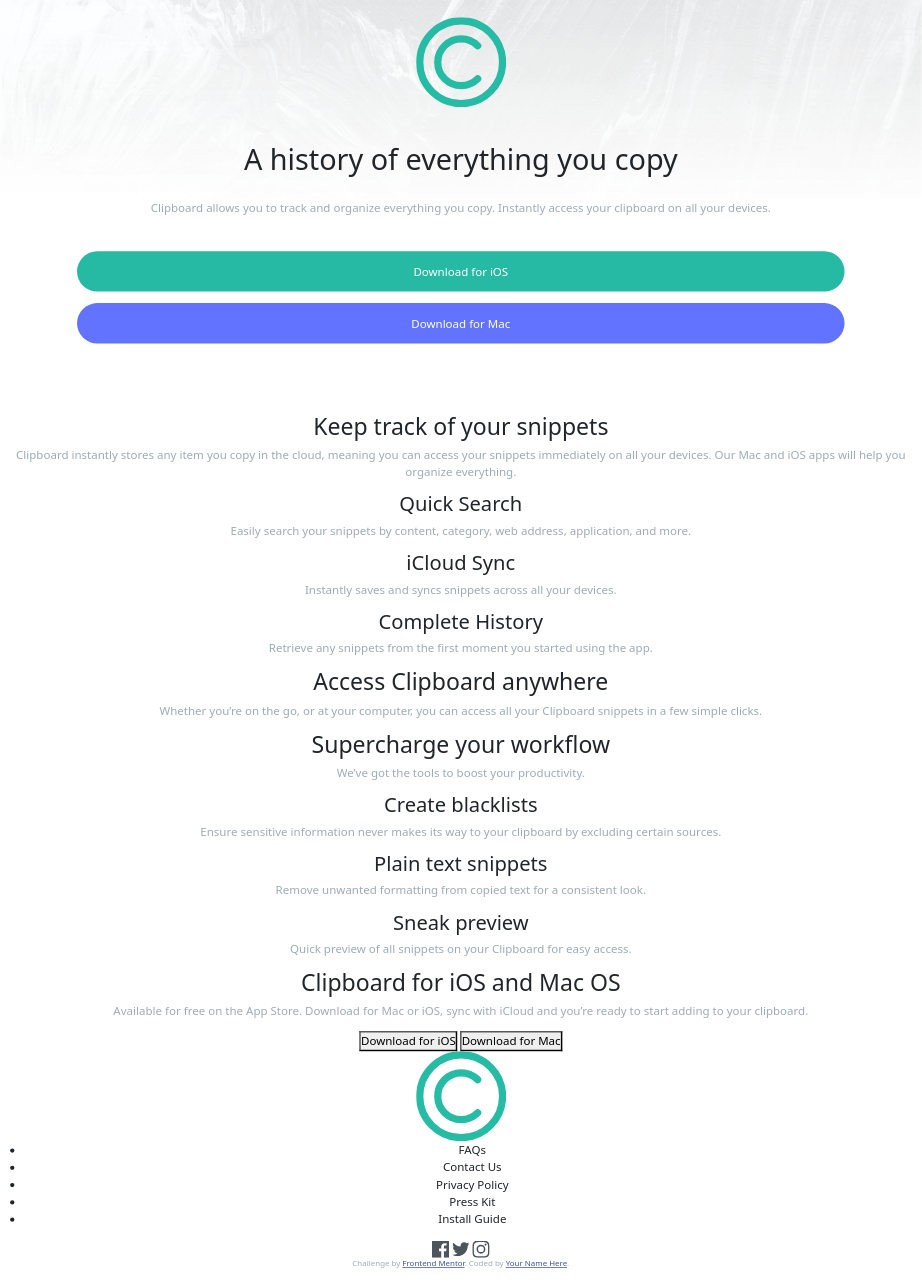
Repository: blordeus/clipboard-landing-page-master
Page: index.html
An editor plug-in stored every save of this project. The page is shown before and after the next save, followed by the edit.
The browser window is 1280 px wide. The pictures show the whole page, at 72% of full size.
Some web fonts or font styles are not loaded; a fallback is used. The style sheet was rebuilt from its Sass, Less or Tailwind sources for each picture, by a compiler version that may differ from the author's.

Above is the page before, as saved 2023-09-04 11:33:58.

After the next save:
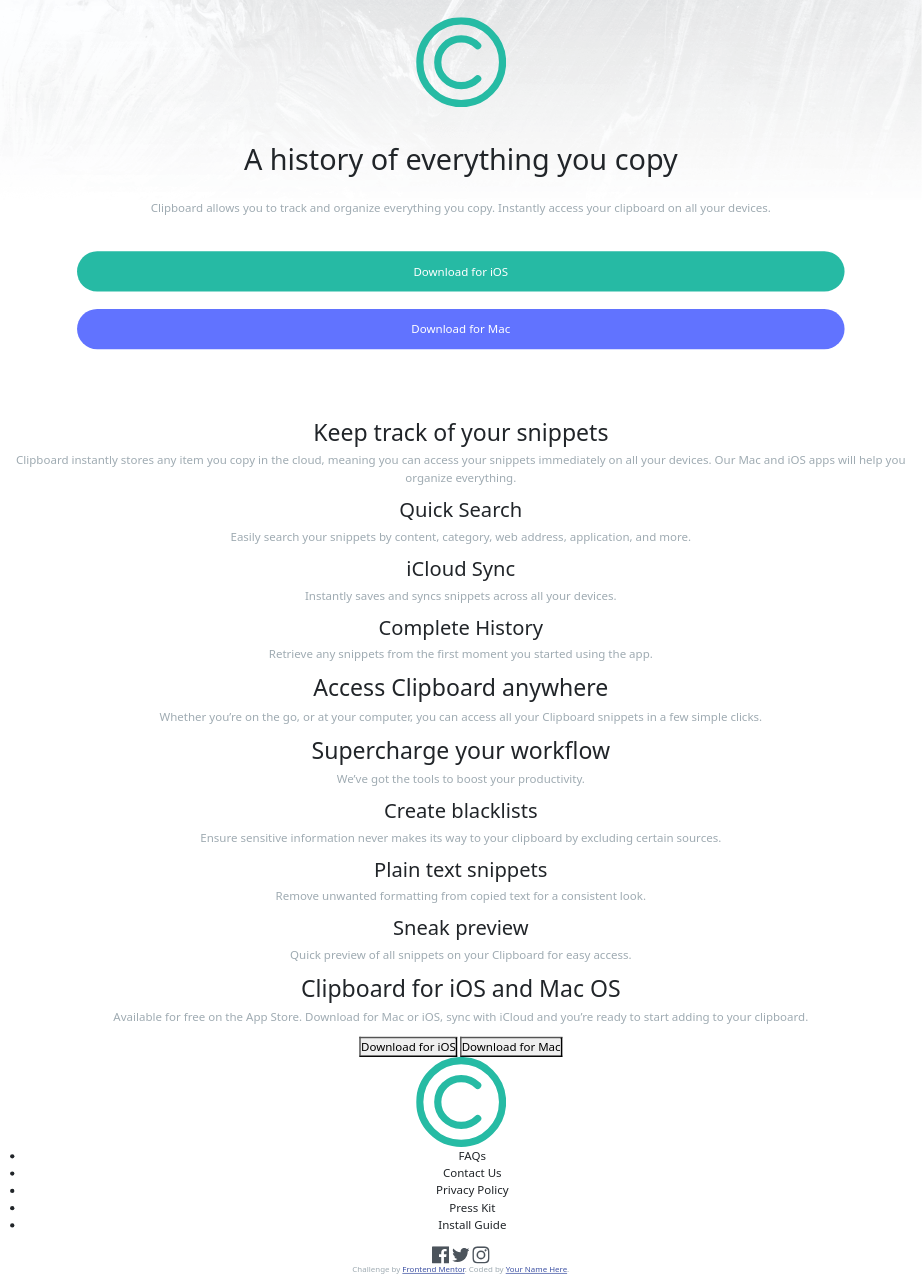
Saved 8 s later.
--- a/index.html
+++ b/index.html
@@ -22,7 +22,7 @@
       copy. Instantly access your clipboard on all your devices.
     </p>
 
-    <div class="d-grid gap-3 col-10 mx-auto my-5 pb-5">
+    <div class="d-grid gap-4 col-10 mx-auto my-5 pb-5">
       <button class="btn-cyan rounded-pill">Download for iOS</button>
       <button class="btn-blue rounded-pill">Download for Mac</button>
     </div>

After the save that followed:
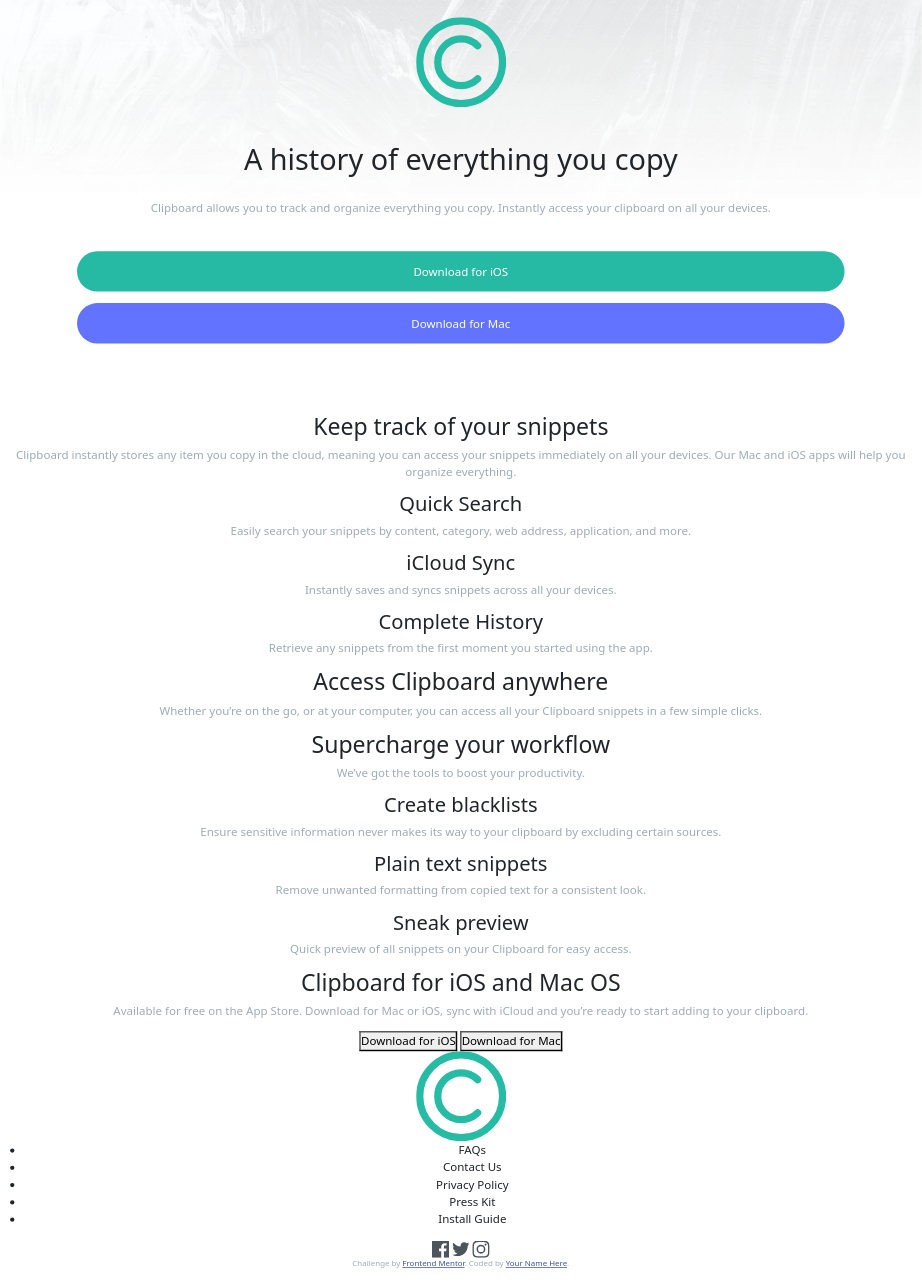
Saved 5 s later.
--- a/index.html
+++ b/index.html
@@ -22,7 +22,7 @@
       copy. Instantly access your clipboard on all your devices.
     </p>
 
-    <div class="d-grid gap-4 col-10 mx-auto my-5 pb-5">
+    <div class="d-grid gap-3 col-10 mx-auto my-5 pb-5">
       <button class="btn-cyan rounded-pill">Download for iOS</button>
       <button class="btn-blue rounded-pill">Download for Mac</button>
     </div>
